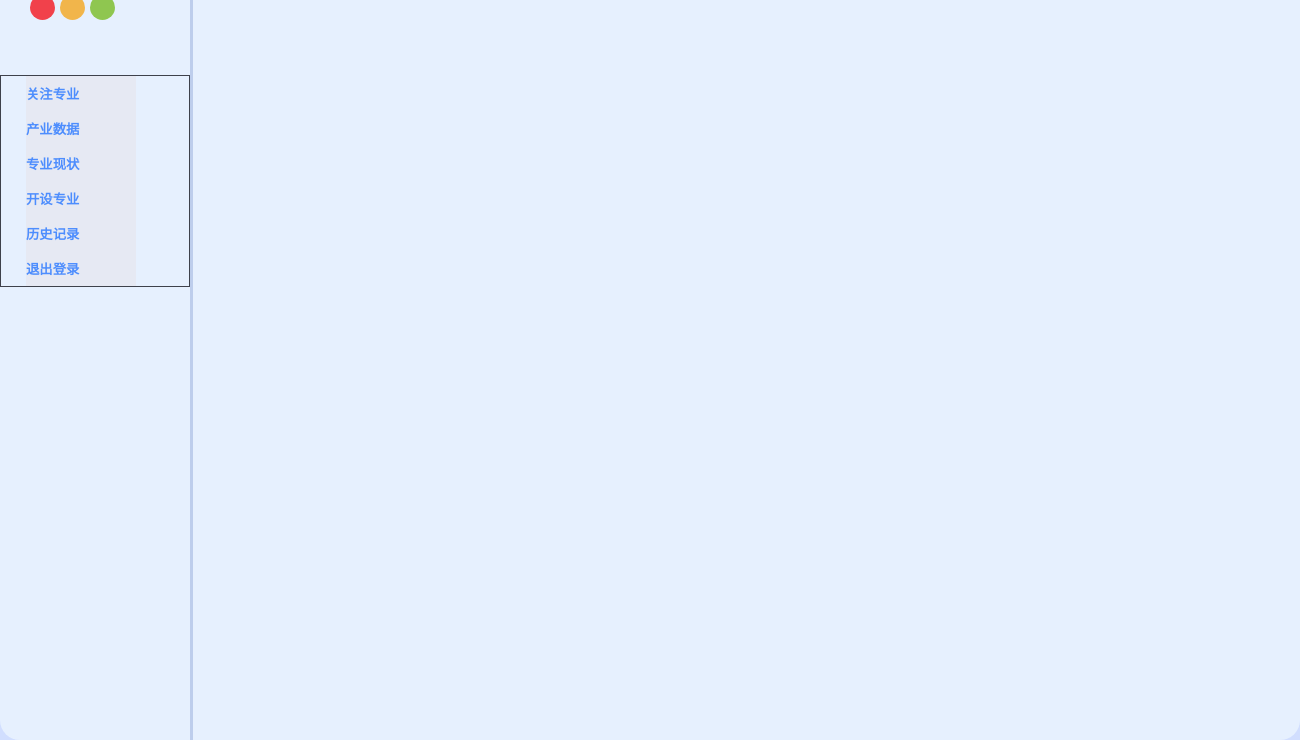
Repository: akaCSDN/test
Page: 2.1主页.html
The author's editor kept a copy of each file at every save. The page is drawn from the files as they stood at one save, then again after the next save.
The browser window is 1280 px wide. The page is 1300 px wide, so the pictures cover 1300 px, including what lies to the right of the window. The pictures show the whole page.

Above is the page before, as saved 2022-12-02 14:15:06.

After the next save:
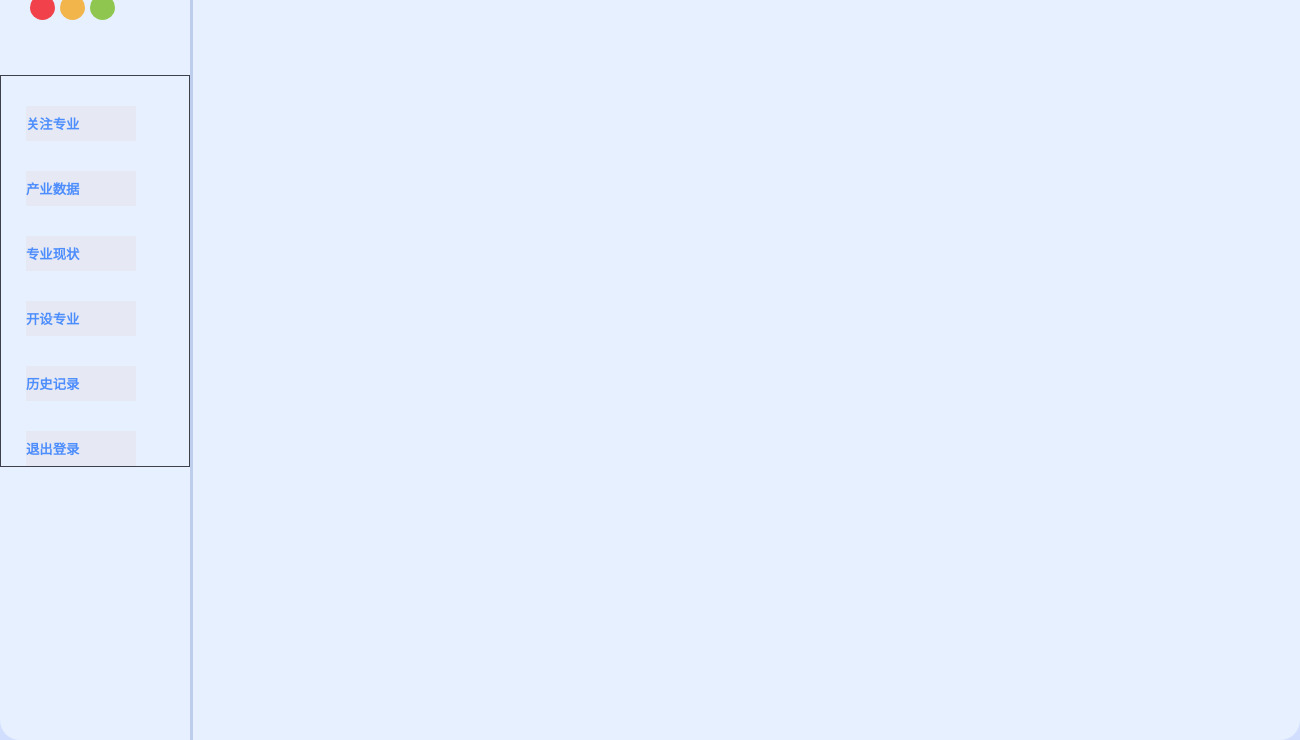
Saved 11 s later.
--- a/2.1主页.html
+++ b/2.1主页.html
@@ -67,7 +67,7 @@
             margin-left: 25px;
             color: rgba(0, 94, 255, 0.909);
             font-weight: 600;
-            margin-top: ;
+            margin-top: 30px;
 
         }
     </style>
